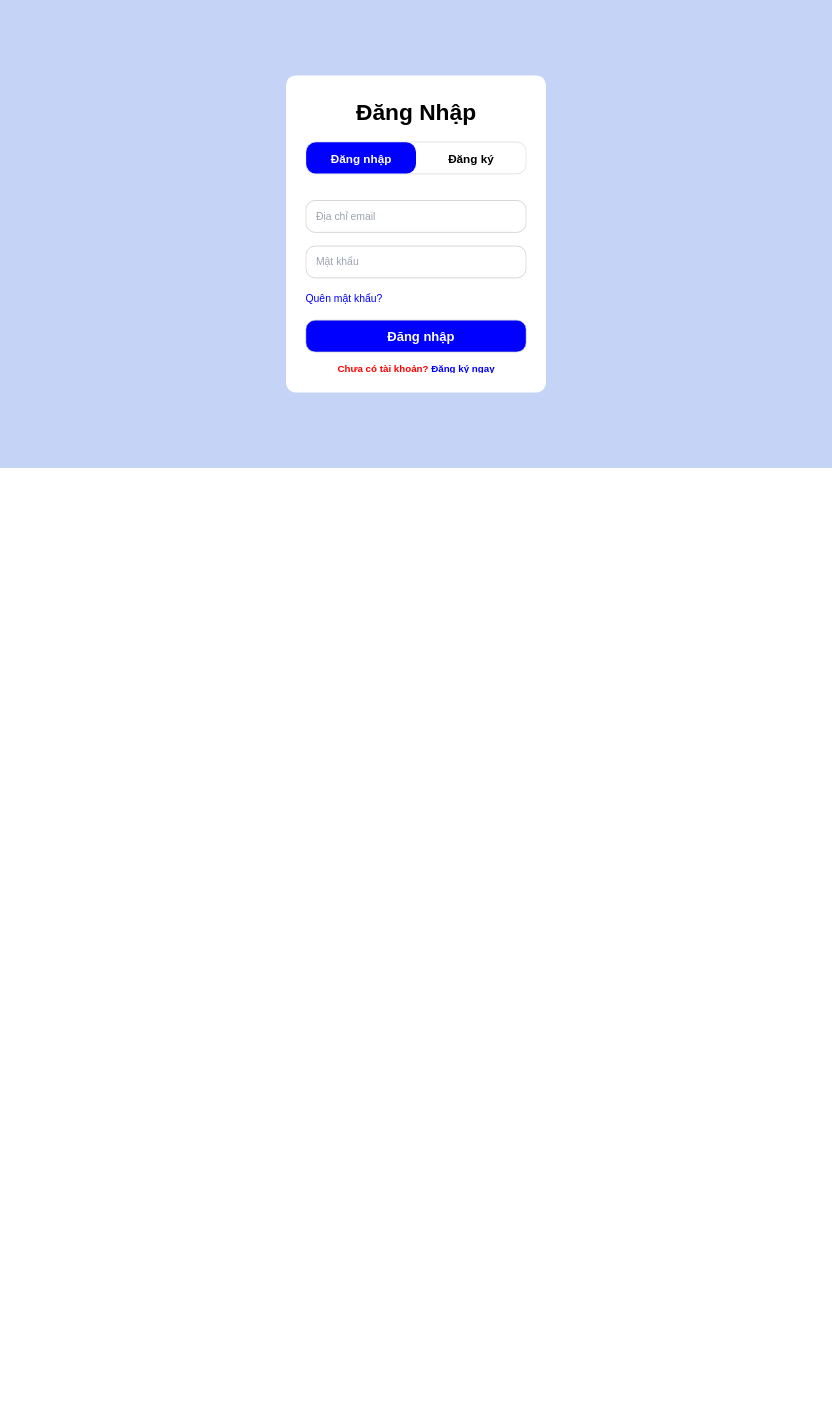
Repository: NguyenMinhThien-sudo/DemoFormPractice
Page: /
These files come from the project's save history. The page is drawn as it stood at one moment and after the next save; the edit follows.
The browser window is 1280 px wide. The pictures show the whole page, at 65% of full size.
The project was rebuilt for these pictures with package versions that can differ from the ones it lists, and the page was loaded fresh each time. Also part of the build but not shown: vite.config.js.

Above is the page before, as saved 2023-05-18 19:09:35.

### src/App.jsx
import React from "react";
import "./App.css";
import Form from "./components/form_practice/form";

const App = () => {
  return (
    <div>
      <Form></Form>
    </div>
  );
};

export default App;

### src/App.css
*,
*:before,
*:after {
  box-sizing: border-box;
}
* {
  margin: 0;
  padding: 0;
  font: inherit;
}
img,
picture,
svg,
video {
  display: block;
  max-width: 100%;
}
input,
select,
textarea {
  background-color: transparent;
  outline: none;
}
button {
  cursor: pointer;
  background-color: transparent;
  outline: none;
  border: 0;
}
body {
  min-height: 300vh;
  font-weight: 400;
  font-size: 16px;
  line-height: 1;
}

### src/components/form_practice/form.jsx
import React, { useState } from "react";
import styled from "styled-components";

const AuthForm = styled.div`
  box-sizing: border-box;
  font-family: Poppins, sans-serif;
  margin: 0;
  padding: 0;
  .main-form {
    display: flex;
    justify-content: center;
    align-items: center;
    background-color: #c4d3f6;
    width: 100%;
    height: 100vh;
  }
  .form-wrapper {
    background-color: white;
    border-radius: 15px;
    padding: 30px;
    overflow: hidden;
    max-width: 400px;
  }
  .title-text {
    width: 200%;
    display: flex;
  }
  .title {
    text-align: center;
    width: 50%;
    font-size: 35px;
    font-weight: bold;
    transition: all 0.6s cubic-bezier(0.68, -0.55, 0.265, 1.55);
  }
  .form-contain {
    width: 100%;
    overflow: hidden;
  }
  .slide-form {
    display: flex;
    justify-content: space-between;
    text-align: center;
    width: 100%;
    height: 50px;
    border: 1px solid #d3d3d3;
    border-radius: 15px;
    margin: 20px 0 20px;
    position: relative;
  }
  .slide {
    width: 100%;
    height: 100%;
    line-height: 50px;
    font-size: 18px;
    font-weight: bold;
    cursor: pointer;
    z-index: 1;
  }
  .slide-tab {
    height: 100%;
    width: 50%;
    border-radius: 15px;
    position: absolute;
    left: 0;
    top: 0;
    background-color: blue;
    transition: all 0.6s cubic-bezier(0.68, -0.55, 0.265, 1.55);
    z-index: 0;
  }
  .form-slider {
    width: 200%;
    display: flex;
  }
  form {
    width: 50%;
    transition: all 0.6s cubic-bezier(0.68, -0.55, 0.265, 1.55);
  }
  form input {
    height: 100%;
    width: 100%;
    padding-left: 15px;
    margin-right: 15px;
    border: 1px solid silver;
    border-radius: 15px;
  }
  .input {
    width: 100%;
    height: 50px;
    margin: 20px 0;
  }
  input[type="button"] {
    background-color: blue;
    color: white;
    font-size: 20px;
    font-weight: bold;
    cursor: pointer;
  }
  a {
    outline: none;
    color: blue;
  }
  p {
    font-size: 15px;
    font-weight: bold;
    line-height: 12px;
    color: red;
  }
  .regis {
    text-align: center;
  }
  .is-active {
    margin-left: -50%;
  }
  .is-slide {
    margin-left: 50%;
  }
`;

const Form = () => {
  const [selectForm, setSelectForm] = useState("");
  const [access, setAccess] = useState(true);
  //   const [access2, setAccess2] = useState(false);
  const handleClickForm = () => {
    // if (!selectForm) {
    //   setSelectForm("is-slide");
    // } else {
    //   setSelectForm("");
    // }
    setSelectForm("");
    setAccess(true);
    // setAccess2(false);
  };
  const handleClickForm2 = () => {
    setSelectForm("is-slide");
    setAccess(false);
    // setAccess2(true);
  };
  return (
    <AuthForm>
      <div className="main-form">
        <div className="form-wrapper">
          <div className="title-text">
            <div
              className={`title login-text ${selectForm ? "is-active" : ""}`}
            >
              Đăng Nhập
            </div>
            <div className="title signup-text">Đăng Ký</div>
          </div>
          <div className="form-contain">
            <div className="slide-form">
              <span
                className={`slide login ${
                  !selectForm && access ? "text-white" : ""
                }`}
                onClick={handleClickForm}
              >
                Đăng nhập
              </span>
              <span
                className={`slide signup ${
                  selectForm && !access ? "text-white" : ""
                }`}
                onClick={handleClickForm2}
              >
                Đăng ký
              </span>
              <div
                className={`slide-tab ${selectForm ? "is-slide" : ""}`}
              ></div>
            </div>
            <div className="form-slider">
              <form
                action="#"
                className={`form-login ${selectForm ? "is-active" : ""}`}
              >
                <div className="input">
                  <input
                    type="email"
                    name="email_login"
                    placeholder="Địa chỉ email"
                    required
                  />
                </div>
                <div className="input">
                  <input
                    type="password"
                    name="pass_login"
                    placeholder="Mật khẩu"
                    required
                  />
                </div>
                <div className="pass">
                  <a href="#">Quên mật khẩu?</a>
                </div>
                <div className="input btn">
                  <input type="button" name="btn_login" value="Đăng nhập" />
                </div>
                <div className="regis">
                  <p>
                    Chưa có tài khoản?{" "}
                    <a href="#" onClick={handleClickForm2}>
                      Đăng ký ngay
                    </a>
                  </p>
                </div>
              </form>
              <form action="#" className="form-signup">
                <p className="text-center">Chúng tôi chỉ hỗ trợ qua email</p>
                <div className="input">
                  <input
                    type="email"
                    name="email_login"
                    placeholder="Địa chỉ email"
                    required
                  />
                </div>
                <div className="input">
                  <input
                    type="password"
                    name="pass_login"
                    placeholder="Mật khẩu"
                    required
                  />
                </div>
                <div className="input">
                  <input type="button" name="btn_login" value="Đăng ký" />
                </div>
                <div className="regis">
                  <p>
                    Đã có tài khoản?{" "}
                    <a href="#" onClick={handleClickForm}>
                      Đăng nhập ngay
                    </a>
                  </p>
                </div>
              </form>
            </div>
          </div>
        </div>
      </div>
    </AuthForm>
  );
};

export default Form;

### tailwind.config.js
/** @type {import('tailwindcss').Config} */
export default {
  mode: "jit",
  content: ["./index.html", "./src/**/*.{js,ts,jsx,tsx}"],
  theme: {
    extend: {},
  },
  plugins: [],
};

Loaded but not shown: index.html (common file); src/main.jsx (common file); src/index.css (common file)

After the next save:
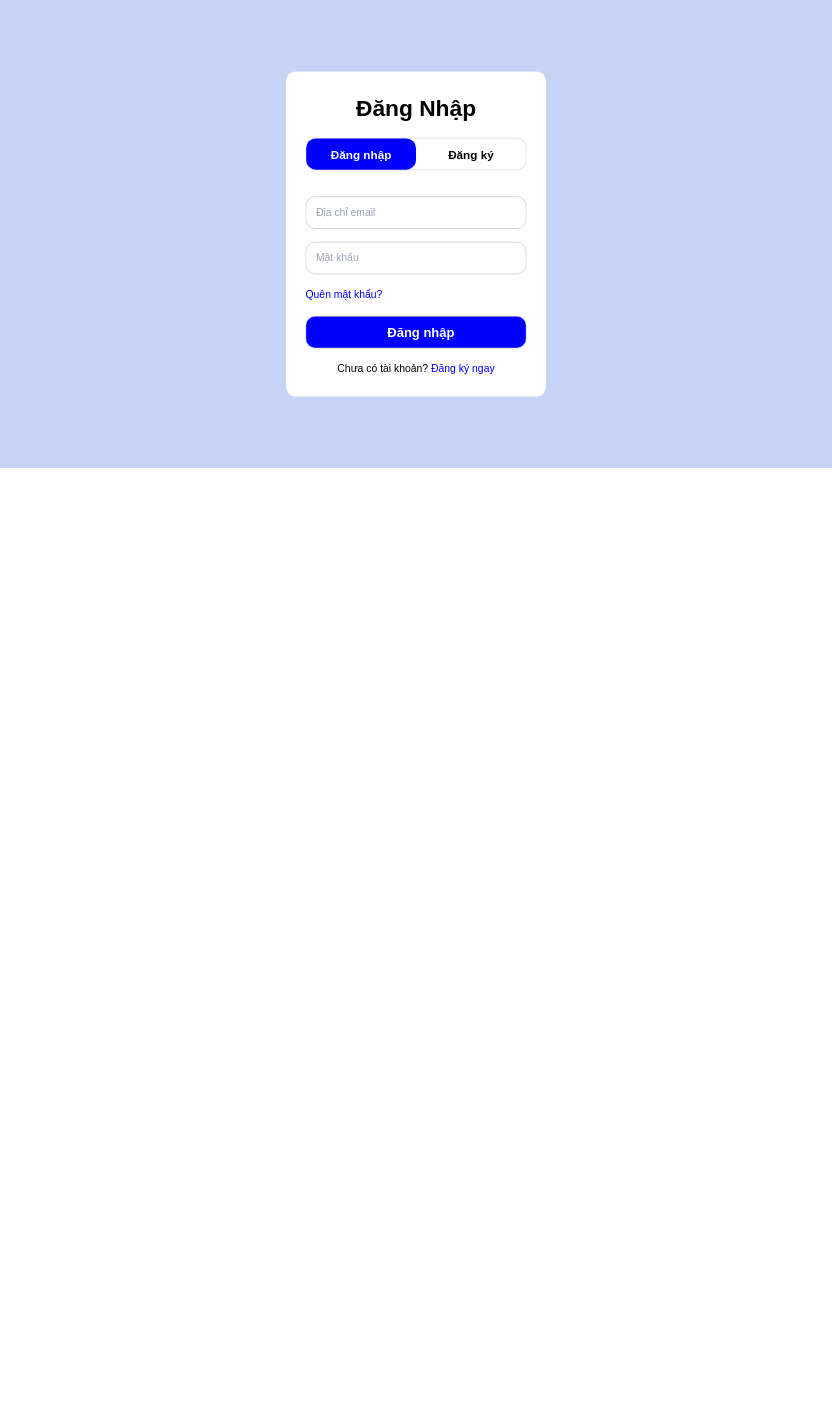
Saved 13 s later.
--- a/src/components/form_practice/form.jsx
+++ b/src/components/form_practice/form.jsx
@@ -99,7 +99,7 @@ const AuthForm = styled.div`
     outline: none;
     color: blue;
   }
-  p {
+  .text-center {
     font-size: 15px;
     font-weight: bold;
     line-height: 12px;
